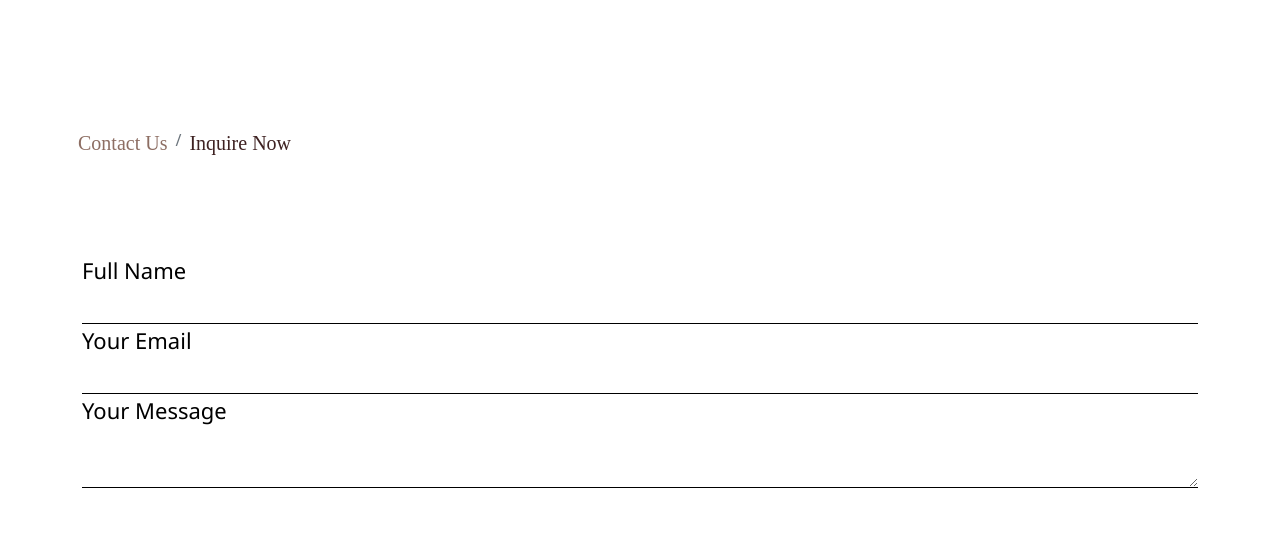
Repository: kaushalyaweerakoon/Plantation-Villa
Page: contact-us.html
The author's editor kept a copy of each file at every save. The page is drawn from the files as they stood at one save, then again after the next save.
The browser window is 1280 px wide. The pictures show the part of the page from y = 1313 to 1849 px (the page is 1849 px tall).
The first visible `.form-control` has the focus.
Some web fonts or font styles are not loaded; a fallback is used.

Above is the page before, as saved 2022-08-15 15:38:51.
Not found: assets/js/main.js

After the next save:
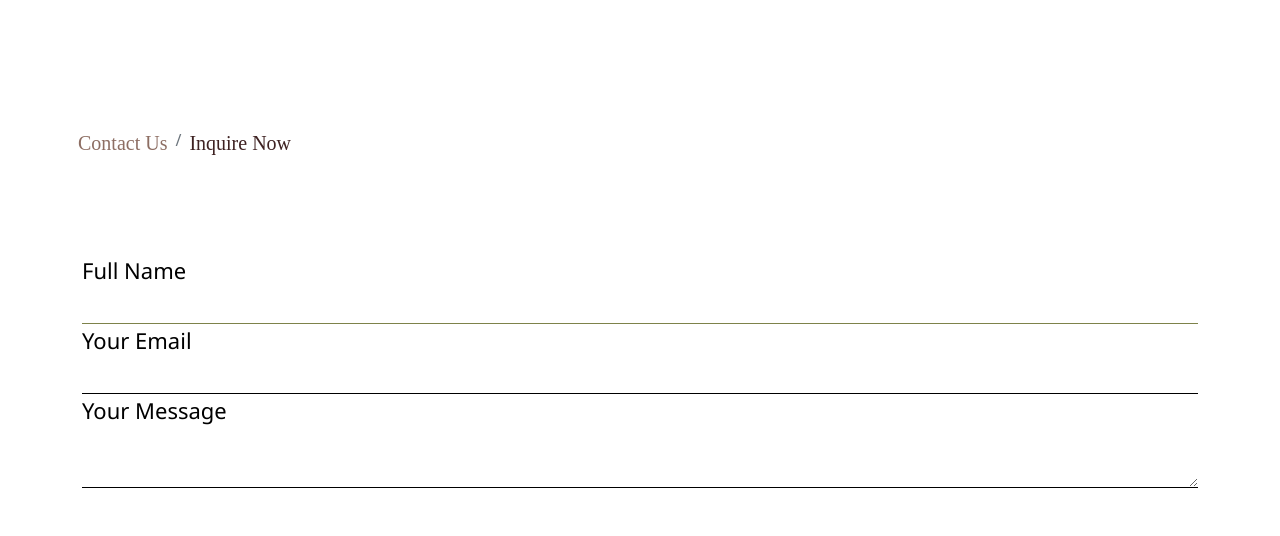
Saved 30 s later.
--- a/asserts/css/main.css
+++ b/asserts/css/main.css
@@ -134,5 +134,5 @@ form .form-control {
 
 .form-control:focus {
   box-shadow: none;
-  border-color: black;
+  border-color: #7d824a;
 }
